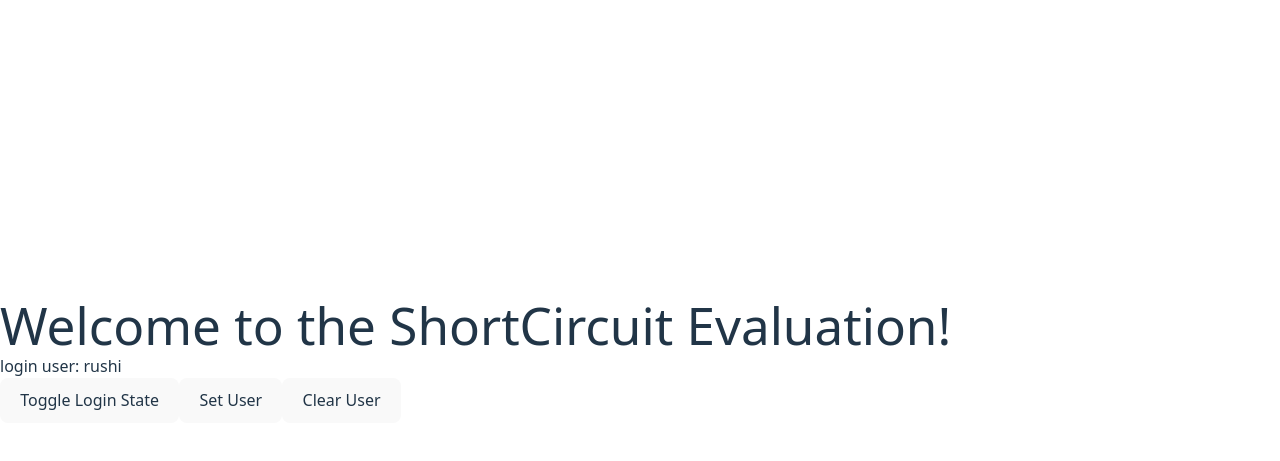
Repository: rushikesh-kolpe21/React_lectures
Page: / (app in React_bun/), after clicking the first element matching `div.grid-three-cols > :nth-child(2)`
These files come from the project's save history. The page is drawn as it stood at one moment and after the next save; the edit follows.
The browser window is 1280 px wide. The pictures show the whole page.
The project was rebuilt for these pictures with package versions that can differ from the ones it lists, and the page was loaded fresh each time. Also part of the build but not shown: React_bun/vite.config.js, React_bun/src/components/DericedState.jsx, React_bun/src/components/EventProps.jsx, React_bun/src/components/SeriesCards.jsx, React_bun/src/components/Netflix.jsx, React_bun/src/components/Profile.jsx, React_bun/src/components/ToogleSwitch.jsx, React_bun/src/projects/Todo/TodoForm.jsx and 3 more.

Above is the page before, as saved 2025-12-07 08:09:57.

After the next save:
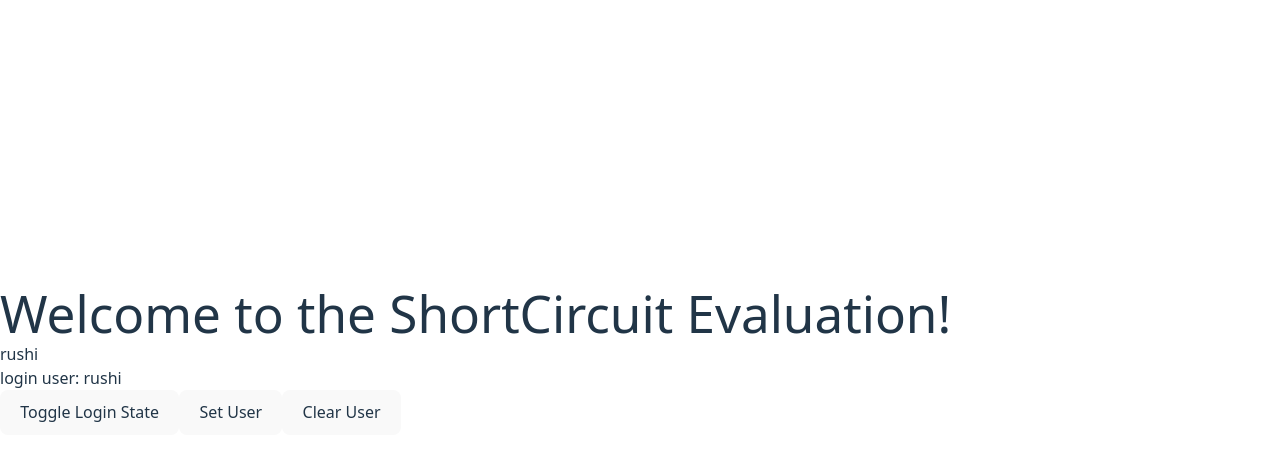
Saved 74 s later.
--- a/React_bun/src/components/ShortCircuit.jsx
+++ b/React_bun/src/components/ShortCircuit.jsx
@@ -14,6 +14,7 @@
     { isLoggedIn && <p>You are logged in!</p>}
 
       {/* Another example of short circuit evaluation */}
+      {user || <p>user not found</p>}
       {user && <p>login user: {user}</p>}
 
       <div className="grid-three-cols">
